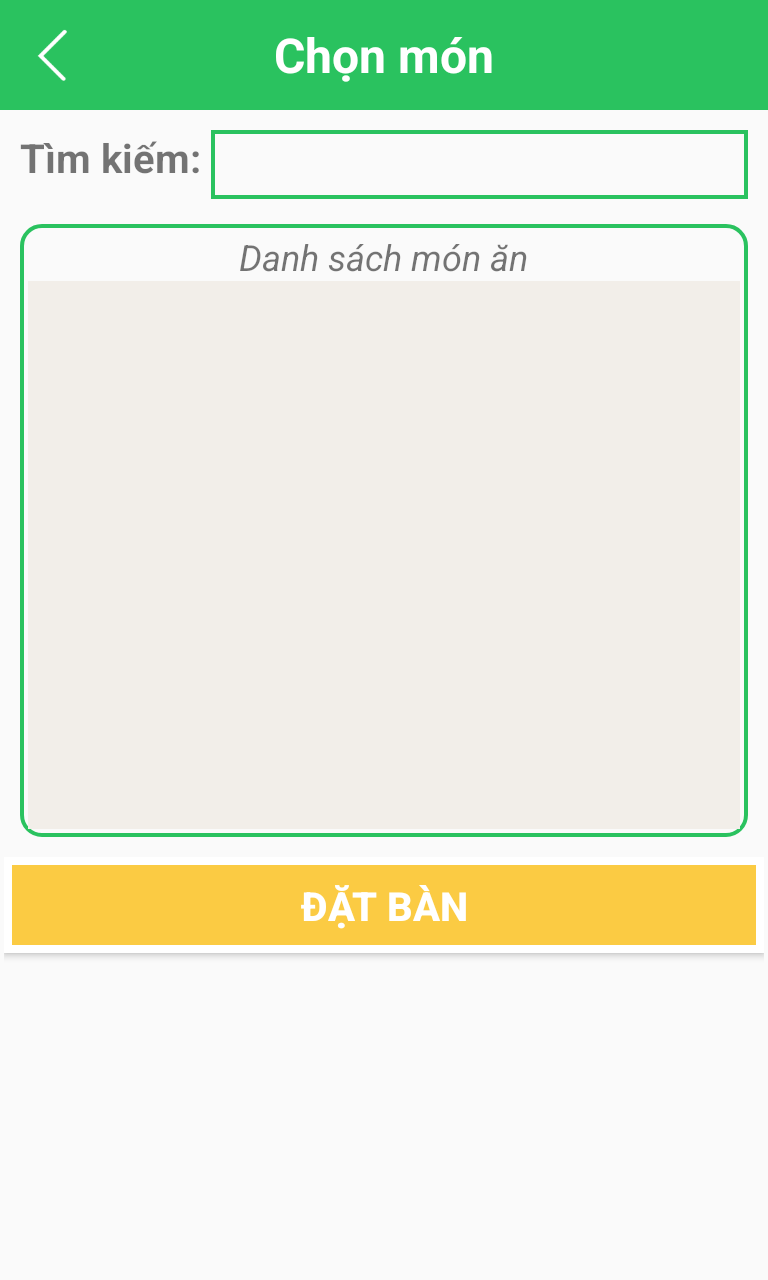
Repository: yenthanh132/Intelresment_AndroidClientApp
Layout: Intelresment/res/layout/activity_order.xml
The author's editor kept a copy of each file at every save. The layout is drawn from the files as they stood at one save, then again after the next save.
It is drawn on a 768 x 1280 px phone screen (xhdpi) without system bars, with theme AppTheme; the app's code is not run. Lists and similar views that code fills are empty.

Above is the layout before, as saved 2014-12-27 07:55:25.

### Intelresment/res/layout/activity_order.xml
<?xml version="1.0" encoding="utf-8"?>
<RelativeLayout xmlns:android="http://schemas.android.com/apk/res/android"
    android:layout_width="match_parent"
    android:layout_height="match_parent" >

    <RelativeLayout
        android:id="@+id/header"
        android:layout_width="match_parent"
        android:layout_height="wrap_content"
        android:background="#2AC25F"
        android:padding="10dp" >

        <ImageButton
            android:id="@+id/btnBack"
            android:layout_width="35dp"
            android:layout_height="35dp"
            android:background="@drawable/transparent_button"
            android:scaleType="fitXY"
            android:src="@drawable/back" />

        <TextView
            android:id="@+id/tvLabel1"
            android:layout_width="wrap_content"
            android:layout_height="wrap_content"
            android:layout_centerInParent="true"
            android:text="Chọn món"
            android:textColor="#fff"
            android:textSize="24sp"
            android:textStyle="bold" />
    </RelativeLayout>

    <RelativeLayout
        android:id="@+id/panelDetail"
        android:layout_width="match_parent"
        android:layout_height="wrap_content"
        android:layout_above="@+id/panelButton"
        android:layout_below="@+id/header"
        android:padding="10dp" >

        <TextView
            android:id="@+id/tvLabel2"
            android:layout_width="wrap_content"
            android:layout_height="wrap_content"
            android:text="Tìm kiếm: "
            android:textSize="20sp"
            android:textStyle="bold" />

        <EditText
            android:id="@+id/txtabc"
            android:layout_width="match_parent"
            android:layout_height="wrap_content"
            android:layout_toRightOf="@+id/tvLabel2"
            android:background="@drawable/edittext_border" />

        <RelativeLayout
            android:id="@+id/panelFood"
            android:layout_width="match_parent"
            android:layout_height="wrap_content"
            android:layout_below="@+id/tvLabel2"
            android:layout_marginTop="20dp"
            android:background="@drawable/oval_rectangle"
            android:padding="4dp" >

            <TextView
                android:id="@+id/tvLabel3"
                android:layout_width="wrap_content"
                android:layout_height="wrap_content"
                android:layout_centerHorizontal="true"
                android:text="Danh sách món ăn"
                android:textSize="18sp"
                android:textStyle="italic" />

            <GridView
                android:id="@+id/gvFood"
                android:layout_width="match_parent"
                android:layout_height="match_parent"
                android:layout_below="@+id/tvLabel3"
                android:background="#F2EEE9" >
            </GridView>
        </RelativeLayout>
    </RelativeLayout>

    <LinearLayout
        android:id="@+id/panelButton"
        android:layout_width="match_parent"
        android:layout_height="wrap_content"
        android:layout_alignParentBottom="true"
        android:paddingLeft="2dp"
        android:paddingRight="2dp"
        android:weightSum="2" >

        <Button
            android:id="@+id/btnChoose"
            android:layout_width="match_parent"
            android:layout_height="wrap_content"
            android:layout_weight="2"
            android:background="@drawable/green_button"
            android:padding="10dp"
            android:text="Chọn món"
            android:textColor="#fff"
            android:textSize="20sp"
            android:textStyle="bold" />

        <Button
            android:id="@+id/btnOrder"
            android:layout_width="match_parent"
            android:layout_height="wrap_content"
            android:layout_weight="1"
            android:background="@drawable/orange_button"
            android:padding="10dp"
            android:text="Đặt bàn"
            android:textColor="#fff"
            android:textSize="20sp"
            android:textStyle="bold" />
    </LinearLayout>

</RelativeLayout>

### Intelresment/res/drawable/transparent_button.xml
<?xml version="1.0" encoding="utf-8"?>
<selector xmlns:android="http://schemas.android.com/apk/res/android">

    <item android:state_pressed="true"><shape>
            <solid android:color="#0E9174" />
        </shape></item>
    <item><shape>
            <solid android:color="#00000000" />
        </shape></item>

</selector>

### Intelresment/res/drawable/edittext_border.xml
<?xml version="1.0" encoding="utf-8"?>
<selector xmlns:android="http://schemas.android.com/apk/res/android">

    <item android:drawable="@drawable/edittext_drawable" android:state_pressed="true"/>
    <!-- pressed -->
    <item android:drawable="@drawable/edittext_drawable" android:state_focused="true"/>
    <!-- focused -->
    <item android:drawable="@drawable/edittext_drawable"/>
    <!-- default -->

</selector>

### Intelresment/res/drawable/oval_rectangle.xml
<?xml version="1.0" encoding="utf-8"?>
<shape xmlns:android="http://schemas.android.com/apk/res/android" >

    <corners android:radius="10dp" />

    <stroke
        android:width="2dp"
        android:color="#2AC25F" />

</shape>

### Intelresment/res/drawable/green_button.xml
<?xml version="1.0" encoding="utf-8"?>
<selector xmlns:android="http://schemas.android.com/apk/res/android">

    <item android:state_pressed="true"><shape>
            <solid android:color="#0E9174" />

            <stroke android:width="4dp" android:color="#fff" />

            <padding android:bottom="10dp" android:left="10dp" android:right="10dp" android:top="10dp" />
        </shape></item>
    <item><shape>
            <solid android:color="#2AC25F" />

            <stroke android:width="4dp" android:color="#fff" />


        </shape></item>

</selector>

### Intelresment/res/drawable/orange_button.xml
<?xml version="1.0" encoding="utf-8"?>
<selector xmlns:android="http://schemas.android.com/apk/res/android">

    <item android:state_pressed="true"><shape>
            <solid android:color="#0E9174" />

            <stroke android:width="4dp" android:color="#fff" />

            <padding android:bottom="10dp" android:left="10dp" android:right="10dp" android:top="10dp" />
        </shape></item>
    <item><shape>
            <solid android:color="#FBCB43" />

            <stroke android:width="4dp" android:color="#fff" />


        </shape></item>

</selector>

### Intelresment/res/drawable/edittext_drawable.xml
<?xml version="1.0" encoding="utf-8"?>
<shape xmlns:android="http://schemas.android.com/apk/res/android"
    android:shape="rectangle" >

    <solid android:color="#00000000" />

    <stroke
        android:width="2dp"
        android:color="#2AC25F" />

    <padding
        android:bottom="5dp"
        android:left="5dp"
        android:right="5dp"
        android:top="5dp" />

</shape>

Loaded but not shown: Intelresment/res/values/styles.xml (common file); Intelresment/res/values-v11/styles.xml (common file); Intelresment/res/values-v14/styles.xml (common file)

After the next save:
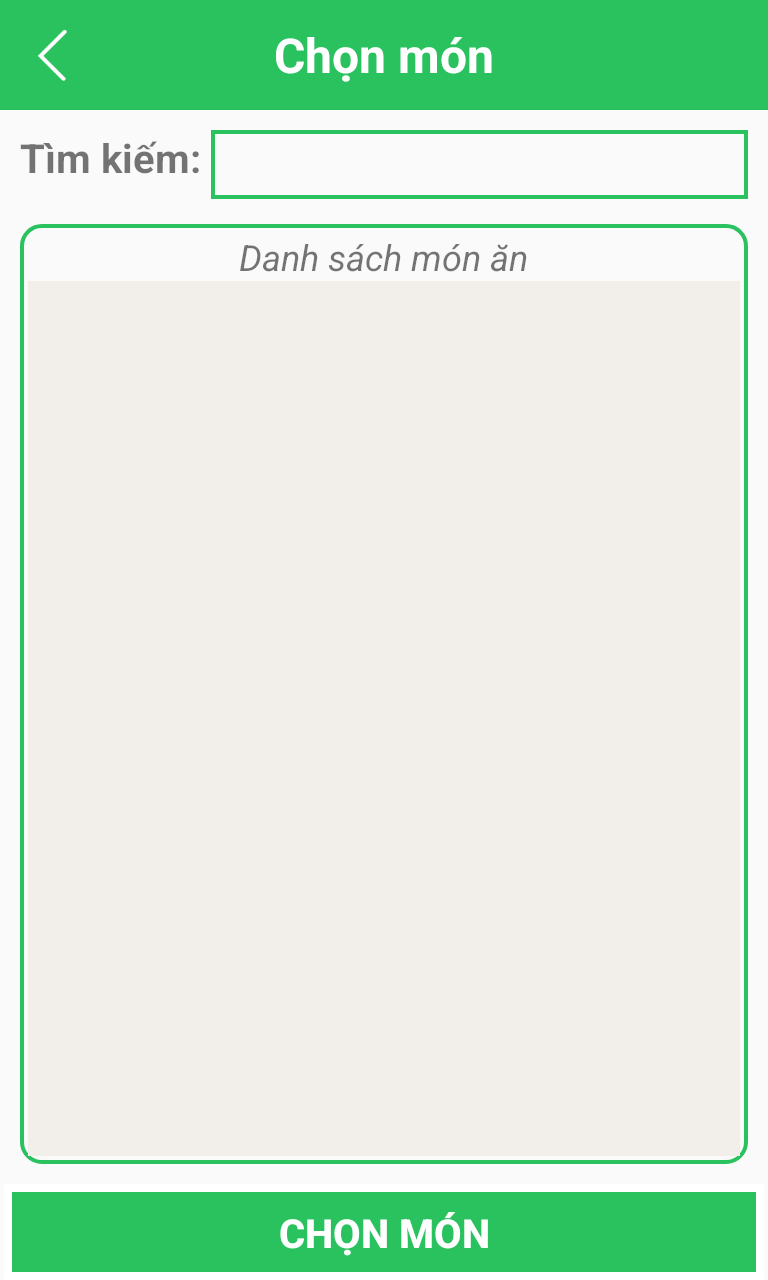
Saved 4 s later.
--- a/Intelresment/res/layout/activity_order.xml
+++ b/Intelresment/res/layout/activity_order.xml
@@ -100,18 +100,6 @@
             android:textColor="#fff"
             android:textSize="20sp"
             android:textStyle="bold" />
-
-        <Button
-            android:id="@+id/btnOrder"
-            android:layout_width="match_parent"
-            android:layout_height="wrap_content"
-            android:layout_weight="1"
-            android:background="@drawable/orange_button"
-            android:padding="10dp"
-            android:text="Đặt bàn"
-            android:textColor="#fff"
-            android:textSize="20sp"
-            android:textStyle="bold" />
     </LinearLayout>
 
 </RelativeLayout>
